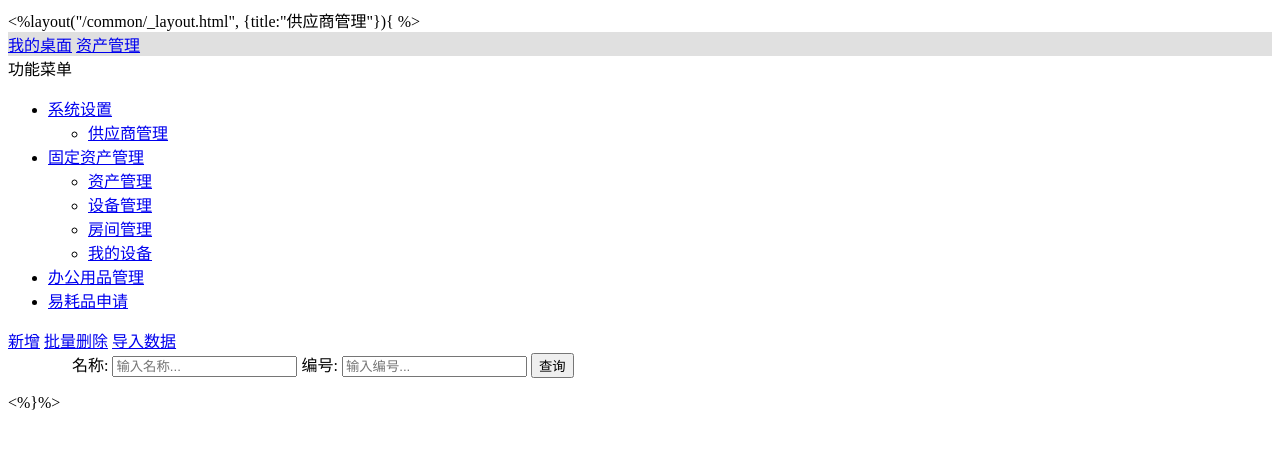
Repository: GaoChengliang/summerTask
Page: Campus_gcl/WebRoot/asset_management/supplier/supplier.html
An editor plug-in stored every save of this project. The page is shown before and after the next save, followed by the edit.
The browser window is 1280 px wide. The pictures show the whole page.

Above is the page before, as saved 2015-08-14 12:58:08.
Console error: ReferenceError: jQuery is not defined

### Campus_gcl/WebRoot/asset_management/supplier/supplier.html
<%layout("/common/_layout.html", {title:"供应商管理"}){ %>
<nav class="navbar navbar-default sub-header">
      <div class="container-fluid" style="background:#E0E0E0;">
        <div class="navbar-header">
          <a class="btn" href="/index">我的桌面</a>
          <a class="btn btn-info" href="#">资产管理</a>
        </div>
      </div>
    </nav>
<div class="container-fluid">
	<div class="row">
        <div id="sidebar" class="col-md-2 sidebar-2">
      	  <div class="nav nac-sidebar font-style-background-blue">
      	  	  功能菜单
      	  </div>

      	  <div class="mtree-demo">
      	  <ul class="mtree bubba">
			  <li class="mtree-node">
			  	<a href="#" >系统设置</a>
			    <ul class="mtree-level-1">
			      <li><a href="/asset/supplier">供应商管理</a></li>
			    </ul>
			  </li>

			   <li class="mtree-node">
			  	<a href="#" >固定资产管理</a>
			    <ul class="mtree-level-1">
			      <li><a href="#">资产管理</a></li>
			      <li><a href="#">设备管理</a></li>
			      <li><a href="#">房间管理</a></li>
			      <li><a href="#">我的设备</a></li>
			    </ul>
			  </li>
			  <li><a href="#">办公用品管理</a></li>
			  <li><a href="#">易耗品申请</a></li>
			</ul></div>


        </div>
        <div class="col-md-10 col-md-offset-2">
        	<div class="main">
        		<div class="masthead">
        		<form>
        		    <div class="btn-group">
        		   		<a class="btn btn-default" href="#">新增</a>
						<a class="btn btn-default" href="#">批量删除</a>
						<a class="btn btn-default" href="#">导入数据</a>
				    </div>
				    &nbsp;&nbsp;&nbsp;&nbsp;&nbsp;&nbsp;&nbsp;&nbsp;&nbsp;&nbsp;&nbsp;&nbsp;&nbsp;&nbsp;&nbsp;
					<label>名称:</label>
					<input placeholder="输入名称..." type="text"/>
					<label>编号:</label>
					<input placeholder="输入编号..." type="text"/>
					<button class="btn btn-default" type="submit">查询</button>
					</form>
				</div>
			</div>
		</div>
        </div>
     </div>
     <script src="/js/sider/sider.js"></script>
<%}%>

### Campus_gcl/WebRoot/js/sider/sider.js
(function ($, window, document, undefined) {
	    if ($('ul.mtree').length) {
	        var collapsed = true;
	        var close_same_level = false;
	        var duration = 400;
	        var listAnim = true;
	        var easing = 'easeOutQuart';
	        $('.mtree ul').css({
	            'overflow': 'hidden',
	            'height': collapsed ? 0 : 'auto',
	            'display': collapsed ? 'none' : 'block'
	        });
	        var node = $('.mtree li:has(ul)');
	        node.each(function (index, val) {
	            $(this).children(':first-child').css('cursor', 'pointer');
	            $(this).addClass('mtree-node mtree-' + (collapsed ? 'closed' : 'open'));
	            $(this).children('ul').addClass('mtree-level-' + ($(this).parentsUntil($('ul.mtree'), 'ul').length + 1));
	        });
	        $('.mtree li > *:first-child').on('click.mtree-active', function (e) {
	            if ($(this).parent().hasClass('mtree-closed')) {
	                $('.mtree-active').not($(this).parent()).removeClass('mtree-active');
	                $(this).parent().addClass('mtree-active');
	            } else if ($(this).parent().hasClass('mtree-open')) {
	                $(this).parent().removeClass('mtree-active');
	            } else {
	                $('.mtree-active').not($(this).parent()).removeClass('mtree-active');
	                $(this).parent().toggleClass('mtree-active');
	            }
	        });
	        node.children(':first-child').on('click.mtree', function (e) {
	            var el = $(this).parent().children('ul').first();
	            var isOpen = $(this).parent().hasClass('mtree-open');
	            if ((close_same_level || $('.csl').hasClass('active')) && !isOpen) {
	                var close_items = $(this).closest('ul').children('.mtree-open').not($(this).parent()).children('ul');
	                if ($.Velocity) {
	                    close_items.velocity({ height: 0 }, {
	                        duration: duration,
	                        easing: easing,
	                        display: 'none',
	                        delay: 100,
	                        complete: function () {
	                            setNodeClass($(this).parent(), true);
	                        }
	                    });
	                } else {
	                    close_items.delay(100).slideToggle(duration, function () {
	                        setNodeClass($(this).parent(), true);
	                    });
	                }
	            }
	            el.css({ 'height': 'auto' });
	            if (!isOpen && $.Velocity && listAnim)
	                el.find(' > li, li.mtree-open > ul > li').css({ 'opacity': 0 }).velocity('stop').velocity('list');
	            if ($.Velocity) {
	                el.velocity('stop').velocity({
	                    height: isOpen ? [
	                        0,
	                        el.outerHeight()
	                    ] : [
	                        el.outerHeight(),
	                        0
	                    ]
	                }, {
	                    queue: false,
	                    duration: duration,
	                    easing: easing,
	                    display: isOpen ? 'none' : 'block',
	                    begin: setNodeClass($(this).parent(), isOpen),
	                    complete: function () {
	                        if (!isOpen)
	                            $(this).css('height', 'auto');
	                    }
	                });
	            } else {
	                setNodeClass($(this).parent(), isOpen);
	                el.slideToggle(duration);
	            }
	            e.preventDefault();
	        });
	        function setNodeClass(el, isOpen) {
	            if (isOpen) {
	                el.removeClass('mtree-open').addClass('mtree-closed');
	            } else {
	                el.removeClass('mtree-closed').addClass('mtree-open');
	            }
	        }
	        if ($.Velocity && listAnim) {
	            $.Velocity.Sequences.list = function (element, options, index, size) {
	                $.Velocity.animate(element, {
	                    opacity: [
	                        1,
	                        0
	                    ],
	                    translateY: [
	                        0,
	                        -(index + 1)
	                    ]
	                }, {
	                    delay: index * (duration / size / 2),
	                    duration: duration,
	                    easing: easing
	                });
	            };
	        }
	        if ($('.mtree').css('opacity') == 0) {
	            if ($.Velocity) {
	                $('.mtree').css('opacity', 1).children().css('opacity', 0).velocity('list');
	            } else {
	                $('.mtree').show(200);
	            }
	        }
	    }
	}(jQuery, this, this.document));

After the next save:
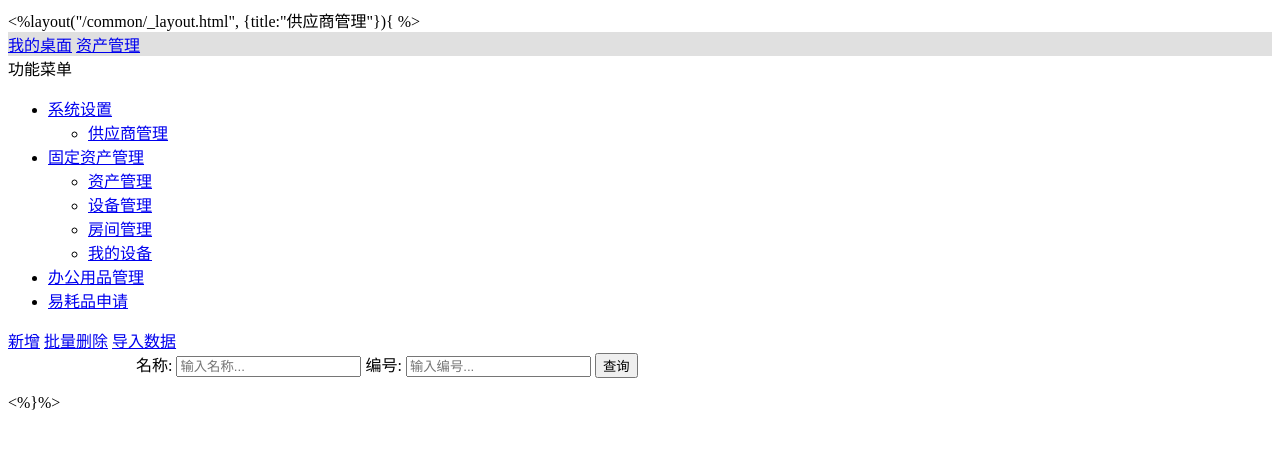
Saved 34 s later.
--- a/Campus_gcl/WebRoot/asset_management/supplier/supplier.html
+++ b/Campus_gcl/WebRoot/asset_management/supplier/supplier.html
@@ -48,6 +48,7 @@
 						<a class="btn btn-default" href="#">导入数据</a>
 				    </div>
 				    &nbsp;&nbsp;&nbsp;&nbsp;&nbsp;&nbsp;&nbsp;&nbsp;&nbsp;&nbsp;&nbsp;&nbsp;&nbsp;&nbsp;&nbsp;
+				     &nbsp;&nbsp;&nbsp;&nbsp;&nbsp;&nbsp;&nbsp;&nbsp;&nbsp;&nbsp;&nbsp;&nbsp;&nbsp;&nbsp;&nbsp;
 					<label>名称:</label>
 					<input placeholder="输入名称..." type="text"/>
 					<label>编号:</label>
